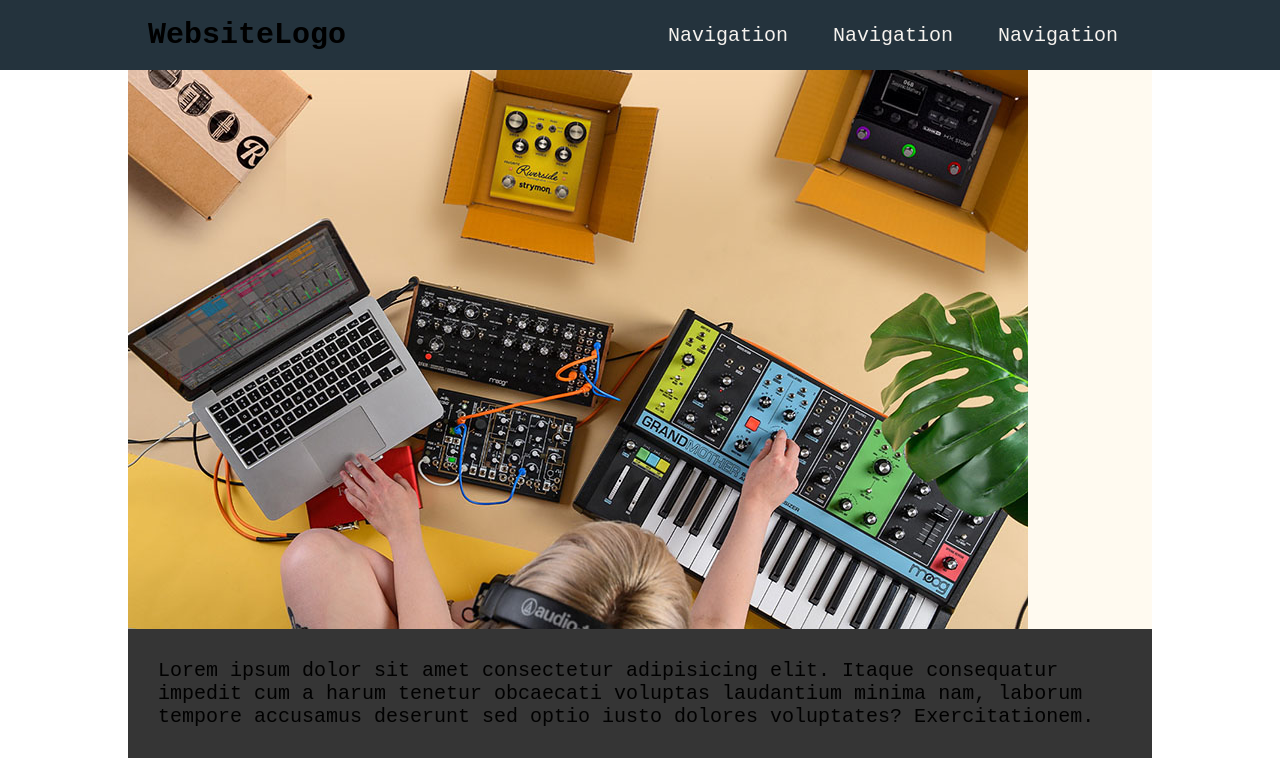
Repository: piotrokrutniak/Projekt-Studia
Page: index.html
An editor plug-in stored every save of this project. The page is shown before and after the next save, followed by the edit.
The browser window is 1280 px wide. The pictures show the whole page.

Above is the page before, as saved 2023-03-04 13:40:56.

After the next save:
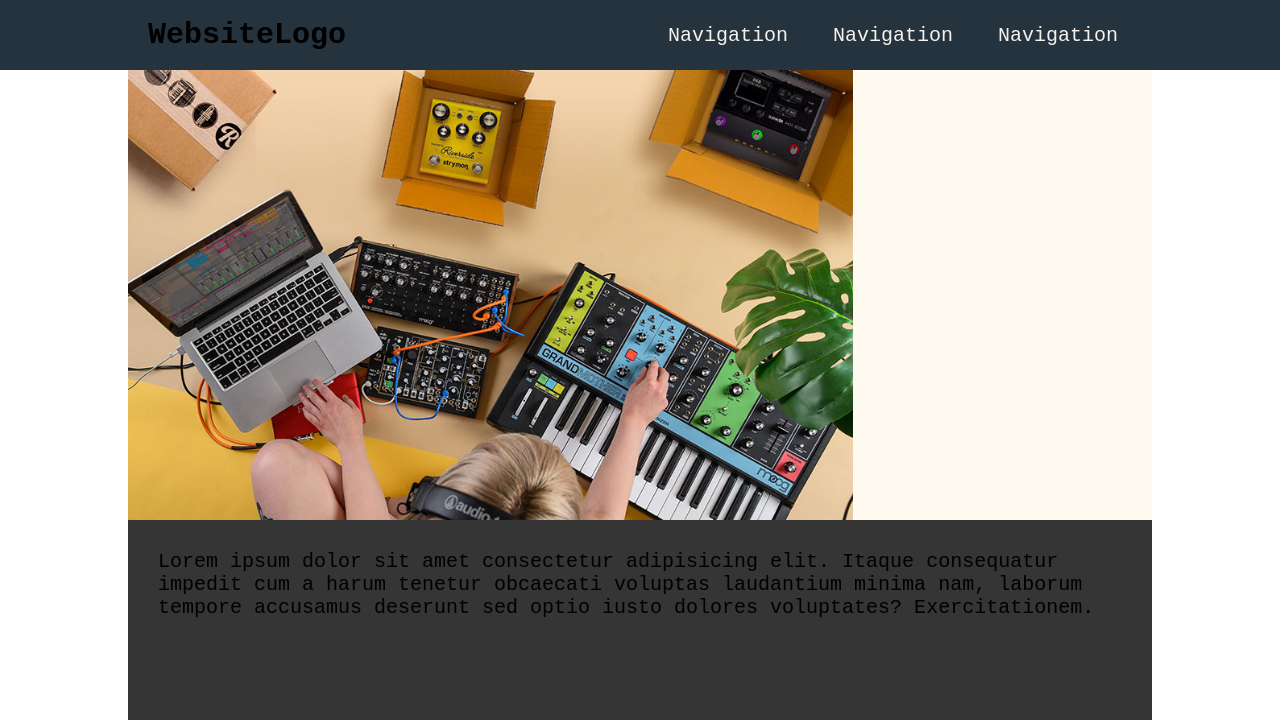
Saved 53 s later.
--- a/styles.css
+++ b/styles.css
@@ -104,6 +104,16 @@ a{
 }
 
 .carousel-section{
+    width: 100%;
+    max-width: 100%;
+    max-height:600px;
+    object-fit:cover;
+    min-height: 250px;
+    position: relative;
+    object-fit: cover;
+}
+
+.carousel-img{
     position: relative;
     display: flex;
     flex-shrink: 0;
